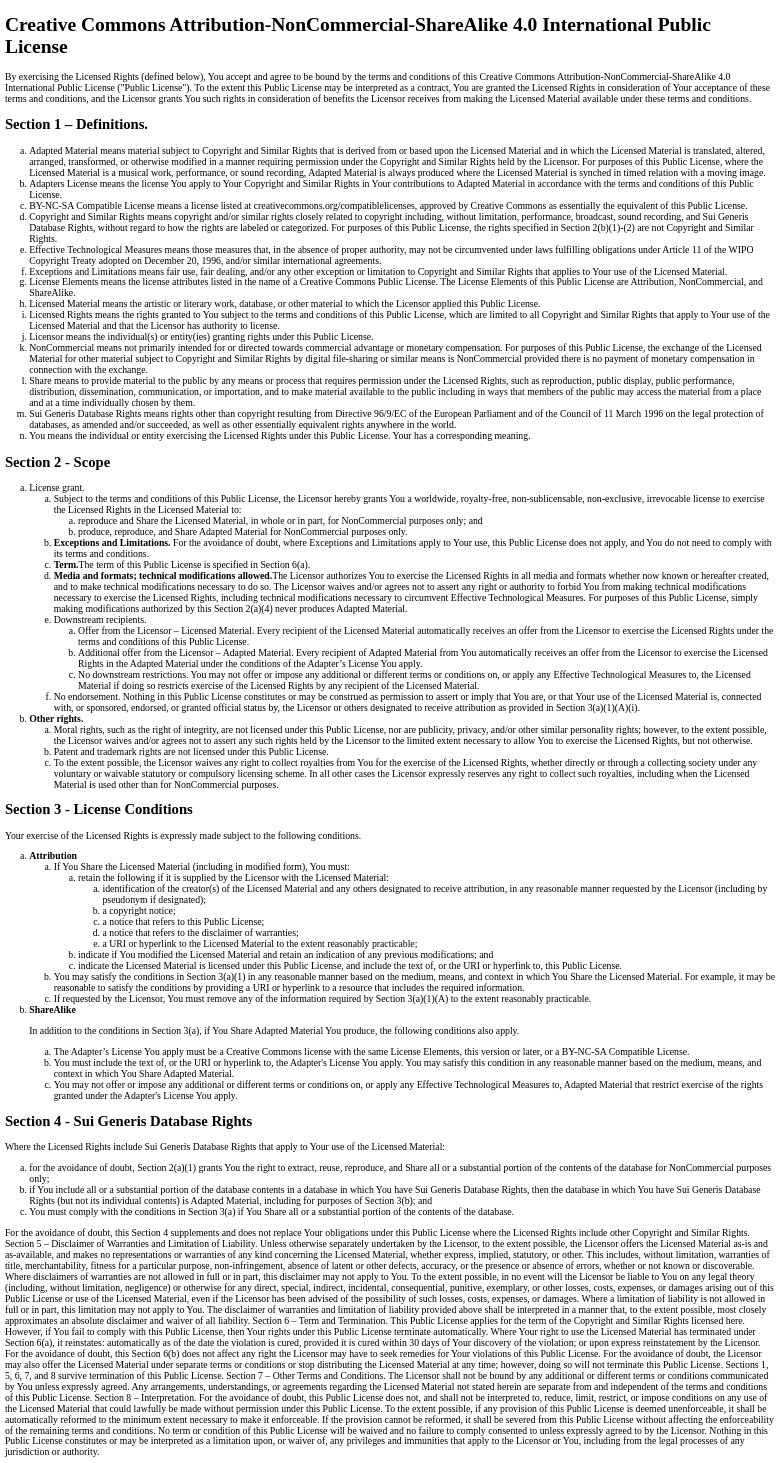
Repository: Team-Ikigami/Ascendance
Page: LICENSE-CC BY-NC-SA.html
These files come from the project's save history. The page is drawn as it stood at one moment and after the next save; the edit follows.
The browser window is 1280 px wide. The pictures show the whole page, at 61% of full size.

Above is the page before, as saved 2021-12-12 01:59:09.

After the next save:
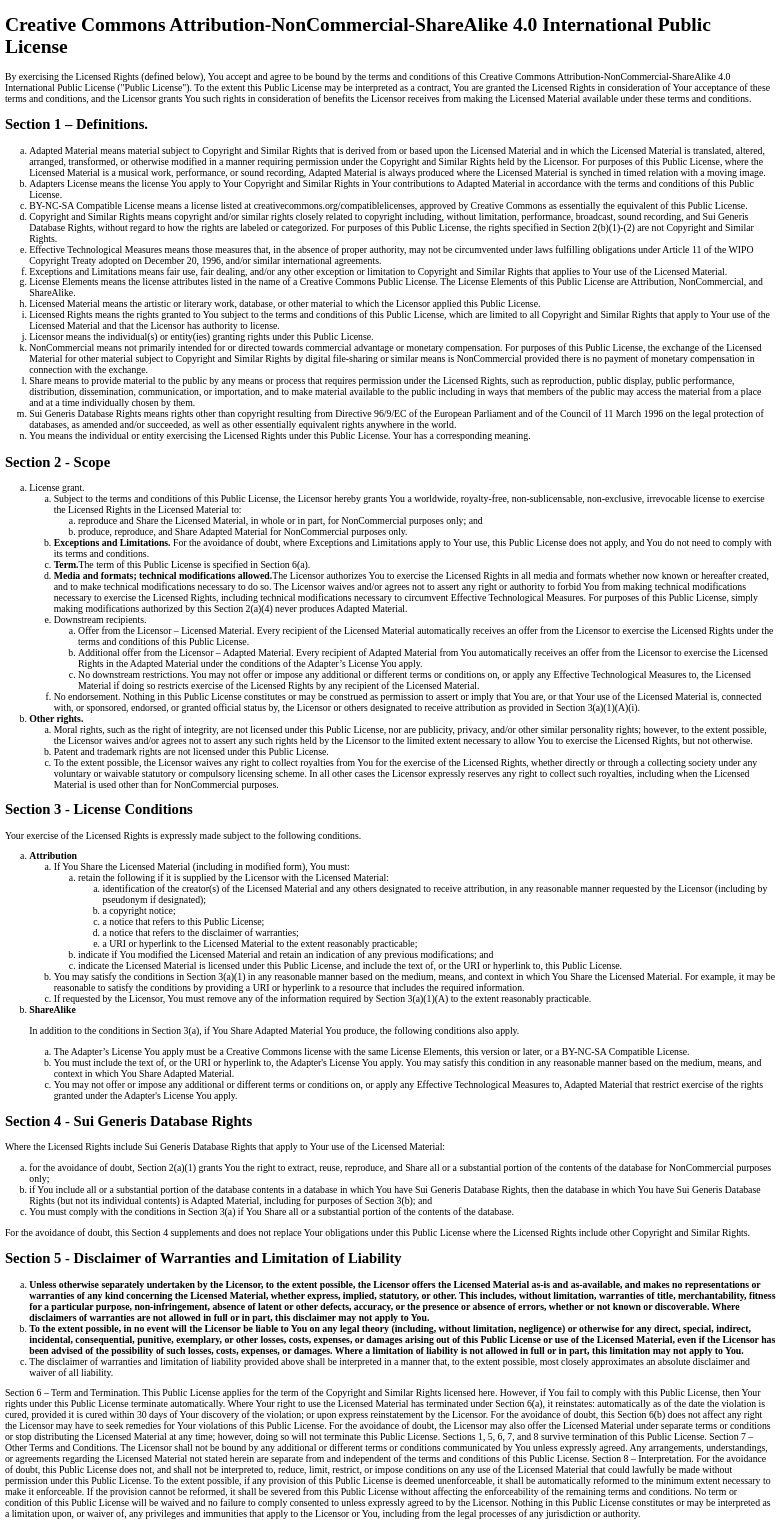
Saved 2 min 48 s later.
--- a/LICENSE-CC BY-NC-SA.html
+++ b/LICENSE-CC BY-NC-SA.html
@@ -104,15 +104,15 @@
 		<li>You must comply with the conditions in Section 3(a) if You Share all or a substantial portion of the contents of the database.</li>
 	</ol>
 	For the avoidance of doubt, this Section 4 supplements and does not replace Your obligations under this Public License where the Licensed Rights include other Copyright and Similar Rights.
-
+	<h2>Section 5 - Disclaimer of Warranties and Limitation of Liability</h2>
+	<ol>
+		<li><b>Unless otherwise separately undertaken by the Licensor, to the extent possible, the Licensor offers the Licensed Material as-is and as-available, and makes no representations or warranties of any kind concerning the Licensed Material, whether express, implied, statutory, or other. This includes, without limitation, warranties of title, merchantability, fitness for a particular purpose, non-infringement, absence of latent or other defects, accuracy, or the presence or absence of errors, whether or not known or discoverable. Where disclaimers of warranties are not allowed in full or in part, this disclaimer may not apply to You.</b></li>
+		<li><b>To the extent possible, in no event will the Licensor be liable to You on any legal theory (including, without limitation, negligence) or otherwise for any direct, special, indirect, incidental, consequential, punitive, exemplary, or other losses, costs, expenses, or damages arising out of this Public License or use of the Licensed Material, even if the Licensor has been advised of the possibility of such losses, costs, expenses, or damages. Where a limitation of liability is not allowed in full or in part, this limitation may not apply to You.</b></li>
+		<li>The disclaimer of warranties and limitation of liability provided above shall be interpreted in a manner that, to the extent possible, most closely approximates an absolute disclaimer and waiver of all liability.</li>
+	</ol>
 </body>
 </html>
 
-Section 5 – Disclaimer of Warranties and Limitation of Liability.
-
-Unless otherwise separately undertaken by the Licensor, to the extent possible, the Licensor offers the Licensed Material as-is and as-available, and makes no representations or warranties of any kind concerning the Licensed Material, whether express, implied, statutory, or other. This includes, without limitation, warranties of title, merchantability, fitness for a particular purpose, non-infringement, absence of latent or other defects, accuracy, or the presence or absence of errors, whether or not known or discoverable. Where disclaimers of warranties are not allowed in full or in part, this disclaimer may not apply to You.
-To the extent possible, in no event will the Licensor be liable to You on any legal theory (including, without limitation, negligence) or otherwise for any direct, special, indirect, incidental, consequential, punitive, exemplary, or other losses, costs, expenses, or damages arising out of this Public License or use of the Licensed Material, even if the Licensor has been advised of the possibility of such losses, costs, expenses, or damages. Where a limitation of liability is not allowed in full or in part, this limitation may not apply to You.
-The disclaimer of warranties and limitation of liability provided above shall be interpreted in a manner that, to the extent possible, most closely approximates an absolute disclaimer and waiver of all liability.
 Section 6 – Term and Termination.
 
 This Public License applies for the term of the Copyright and Similar Rights licensed here. However, if You fail to comply with this Public License, then Your rights under this Public License terminate automatically.
